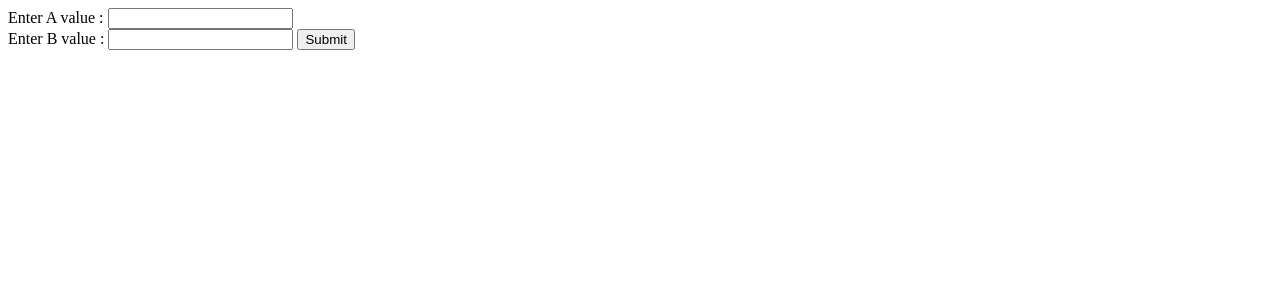
Repository: Thaneshwara848/Hibernate_BackEnd
Page: WebDemo4/src/main/webapp/Cal.html
These files come from the project's save history. The page is drawn as it stood at one moment and after the next save; the edit follows.
The browser window is 1280 px wide. The pictures show the whole page.

Above is the page before, as saved 2022-11-06 16:33:54.

After the next save:
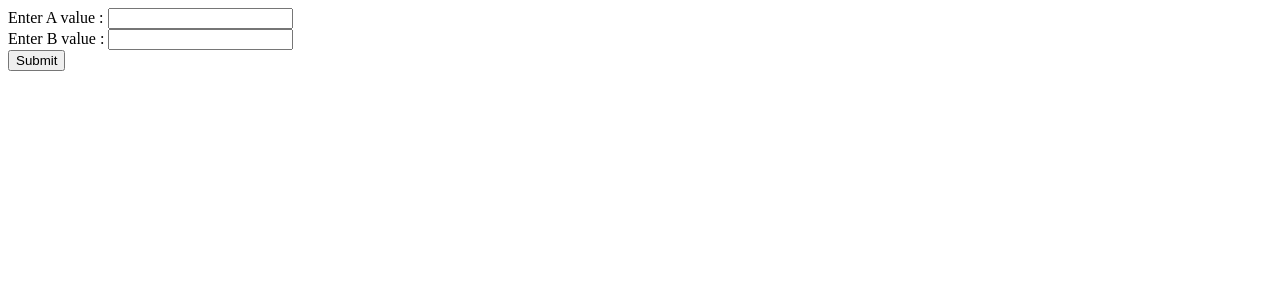
Saved 8 s later.
--- a/WebDemo4/src/main/webapp/Cal.html
+++ b/WebDemo4/src/main/webapp/Cal.html
@@ -6,7 +6,7 @@
 </head>
 <body>
 	Enter A value : <input type="text" name="a"><br>
-	Enter B value : <input type="text" name="b">
+	Enter B value : <input type="text" name="b"> <br>
 
 	<input type="submit">
 
